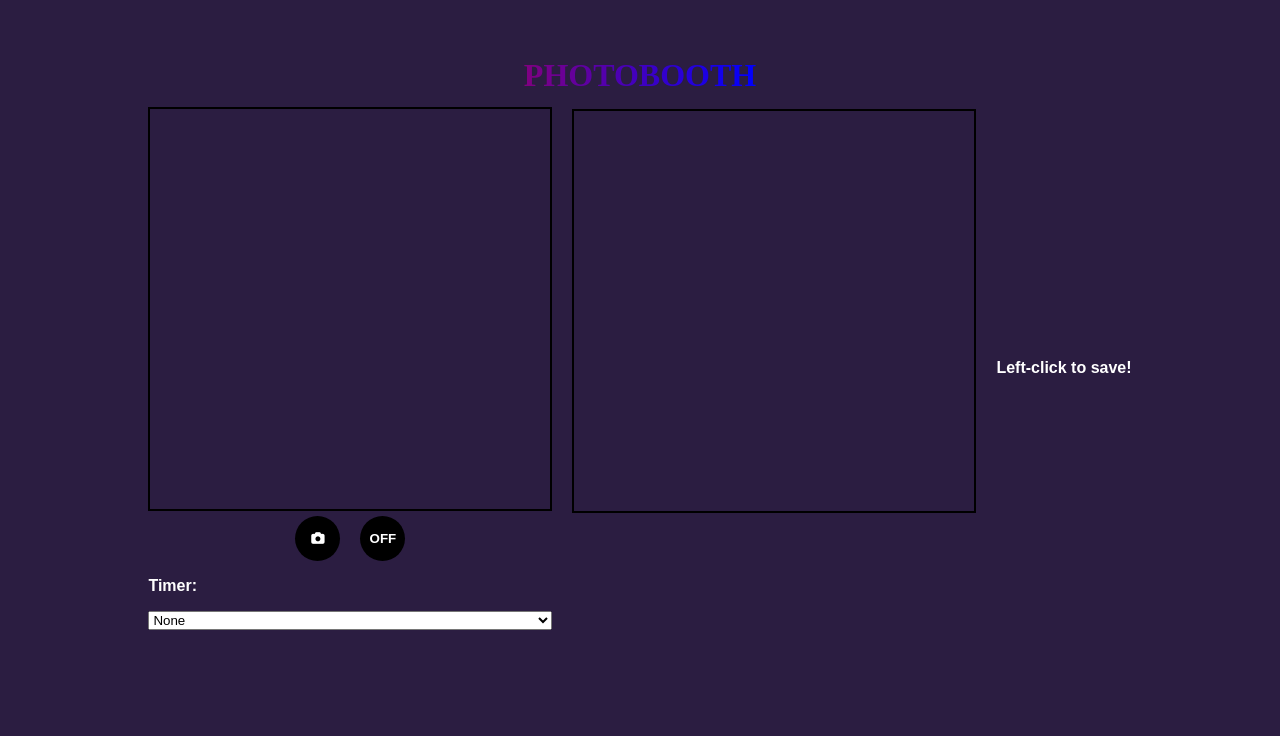
Repository: dmpelaez/photoBoothy
Page: Photobooth.html
These files come from the project's save history. The page is drawn as it stood at one moment and after the next save; the edit follows.
The browser window is 1280 px wide. The pictures show the whole page.
Some web libraries are served in a nearby version.

Above is the page before, as saved 2025-12-16 23:36:06.

After the next save:
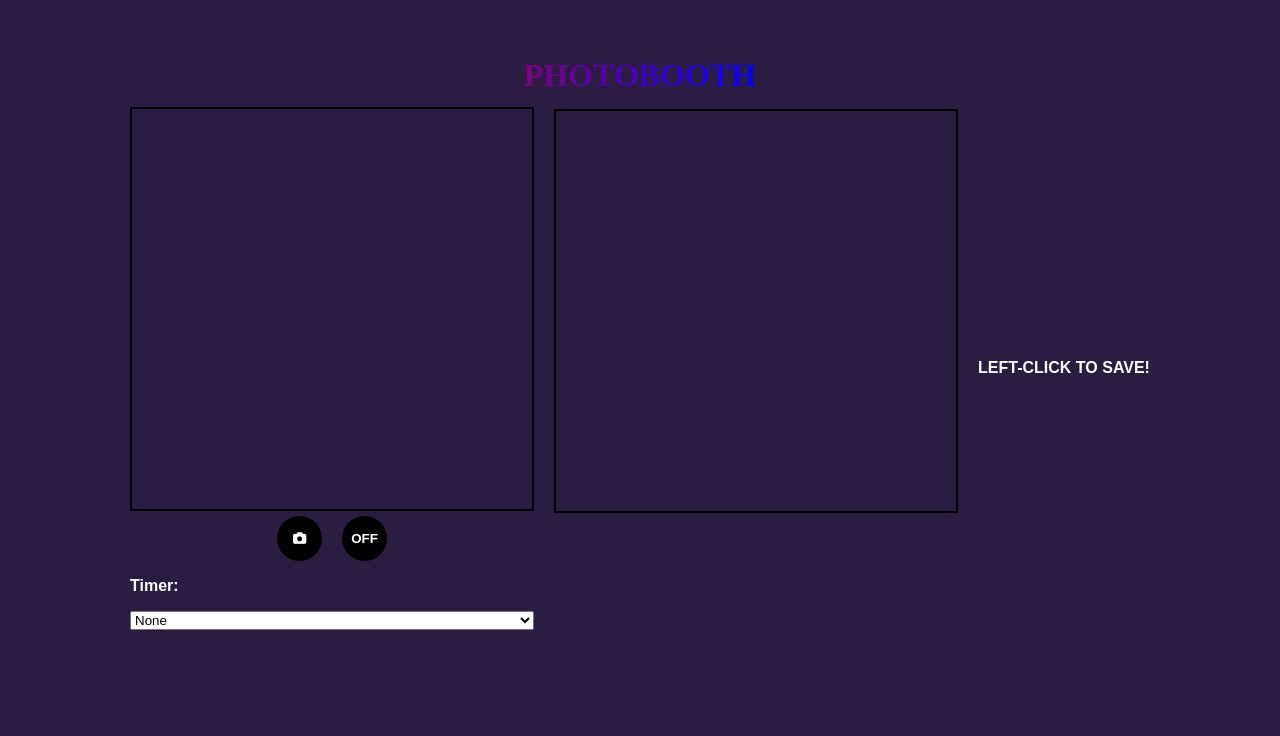
Saved 37 s later.
--- a/Photobooth.css
+++ b/Photobooth.css
@@ -91,5 +91,5 @@ display: none;
   font-weight: bold;
   font-family: arial;
   color: white;
-  text-decoration: uppercase;
+  text-transform: uppercase;
 }
